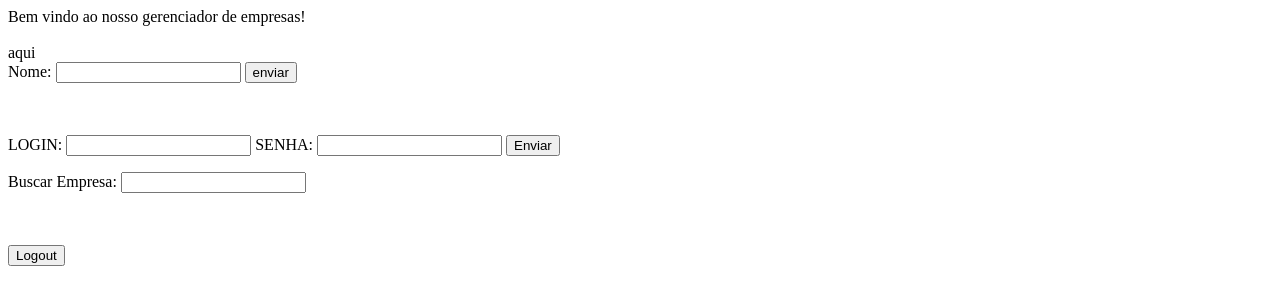
Repository: silllvio/alura
Page: http://localhost/gerenciador/
These files come from the project's save history. The page is drawn as it stood at one moment and after the next save; the edit follows.
The browser window is 1280 px wide. The pictures show the whole page.
The page is served by Tomcat 9.

Above is the page before, as saved 2016-11-28 01:16:36.

After the next save:
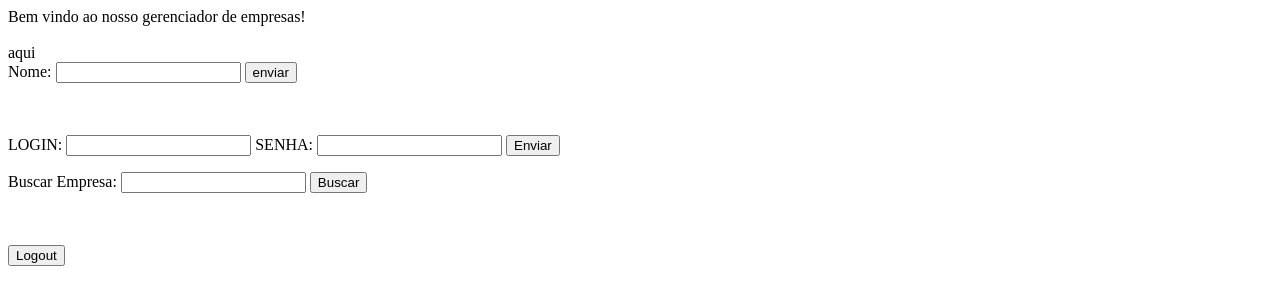
Saved 23 s later.
--- a/workspace/gerenciador/WebContent/index.jsp
+++ b/workspace/gerenciador/WebContent/index.jsp
@@ -33,7 +33,7 @@ ${usuarioLogado}   aqui
 
 <form action="control?tarefa=BuscaEmpresa" method="POST">
 	Buscar Empresa: <input type = "text" name= "empresa"/>
-
+	 <input type="submit" value="Buscar" />
 </form>
 
 <br>
